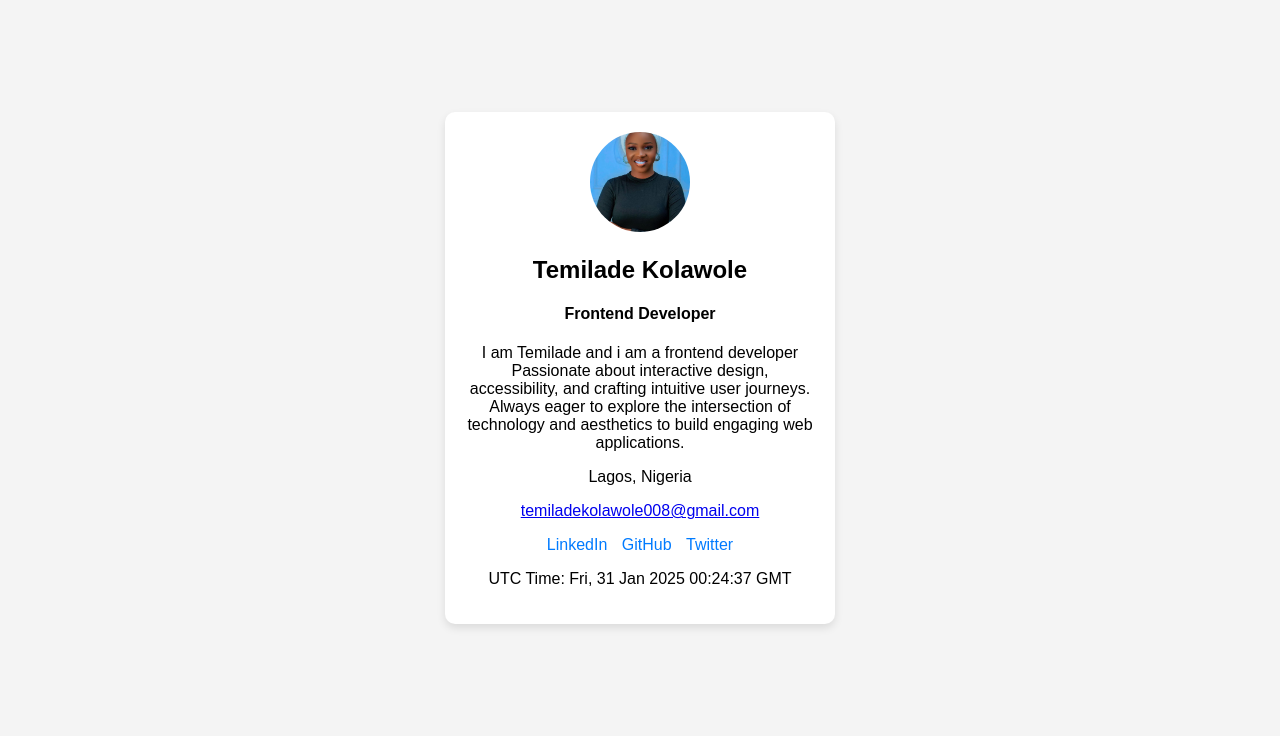
Repository: KolawoleTemilade/ticket-guarantor
Page: profilecard/index..html
These files come from the project's save history. The page is drawn as it stood at one moment and after the next save; the edit follows.
The browser window is 1280 px wide. The pictures show the whole page.

Above is the page before, as saved 2025-01-31 00:49:50.

After the next save:
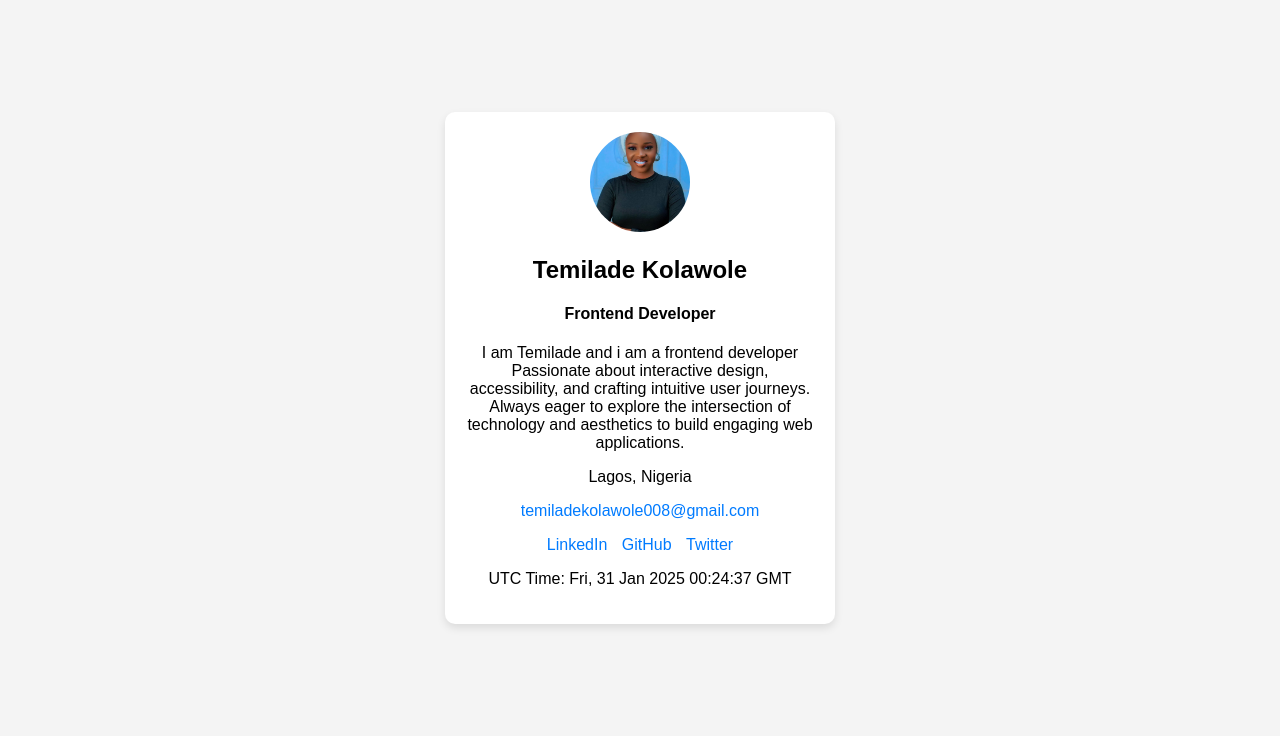
Saved 2 min 31 s later.
--- a/profilecard/style.css
+++ b/profilecard/style.css
@@ -21,7 +21,7 @@ img {
   border-radius: 50%;
   object-fit: cover;
 }
-.social-links a {
+a {
   margin: 0 5px;
   text-decoration: none;
   color: #007bff;
